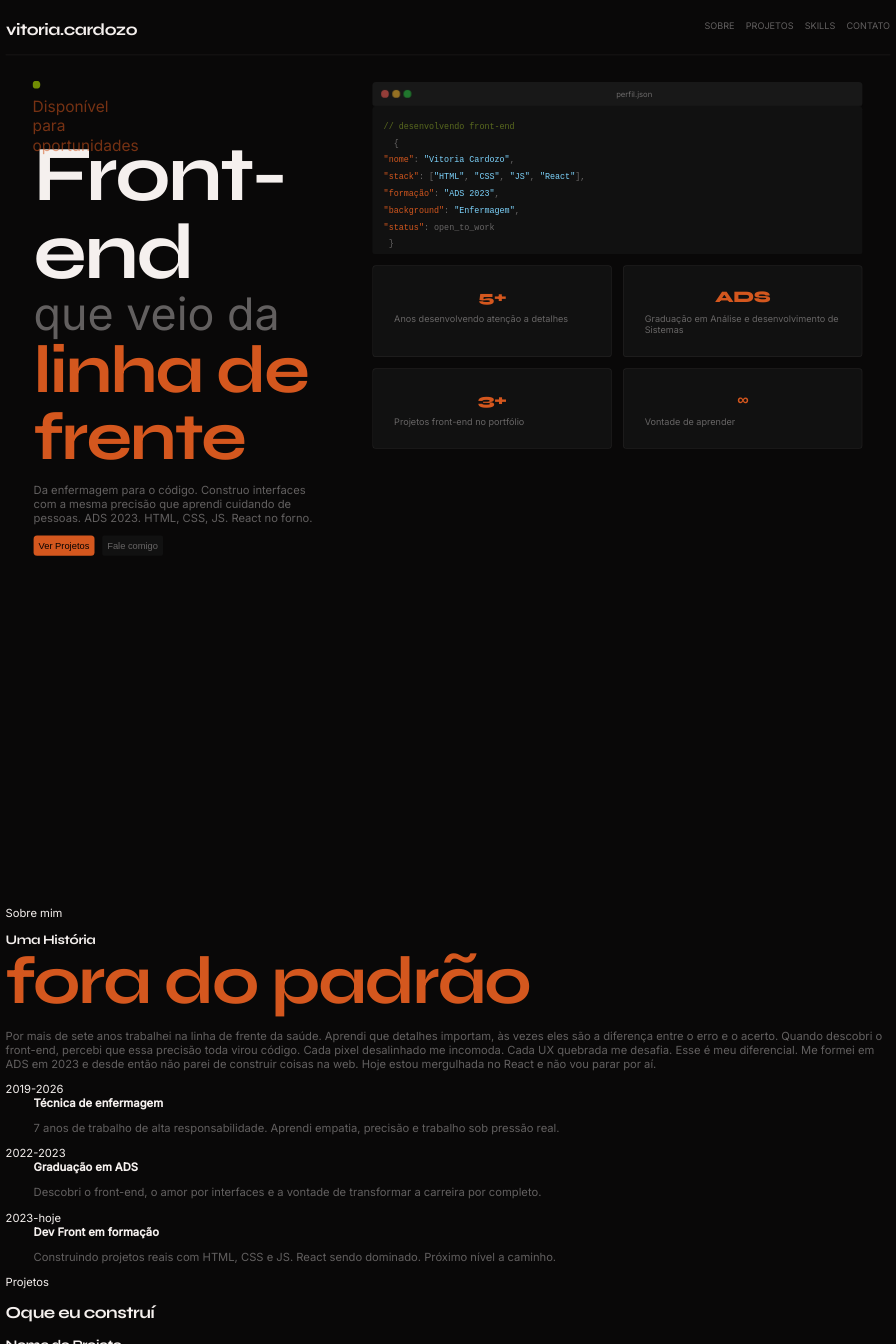
Repository: Bitroia/Portifolio
Page: index.html
The author's editor kept a copy of each file at every save. The page is drawn from the files as they stood at one save, then again after the next save.
The browser window is 1280 px wide. The pictures show the part of the page from y = 0 to 1920 px (the page is 3078 px tall before and 3082 px after), at 70% of full size.
Some web fonts or font styles are not loaded; a fallback is used.

Above is the page before, as saved 2026-04-29 19:40:15.

After the next save:
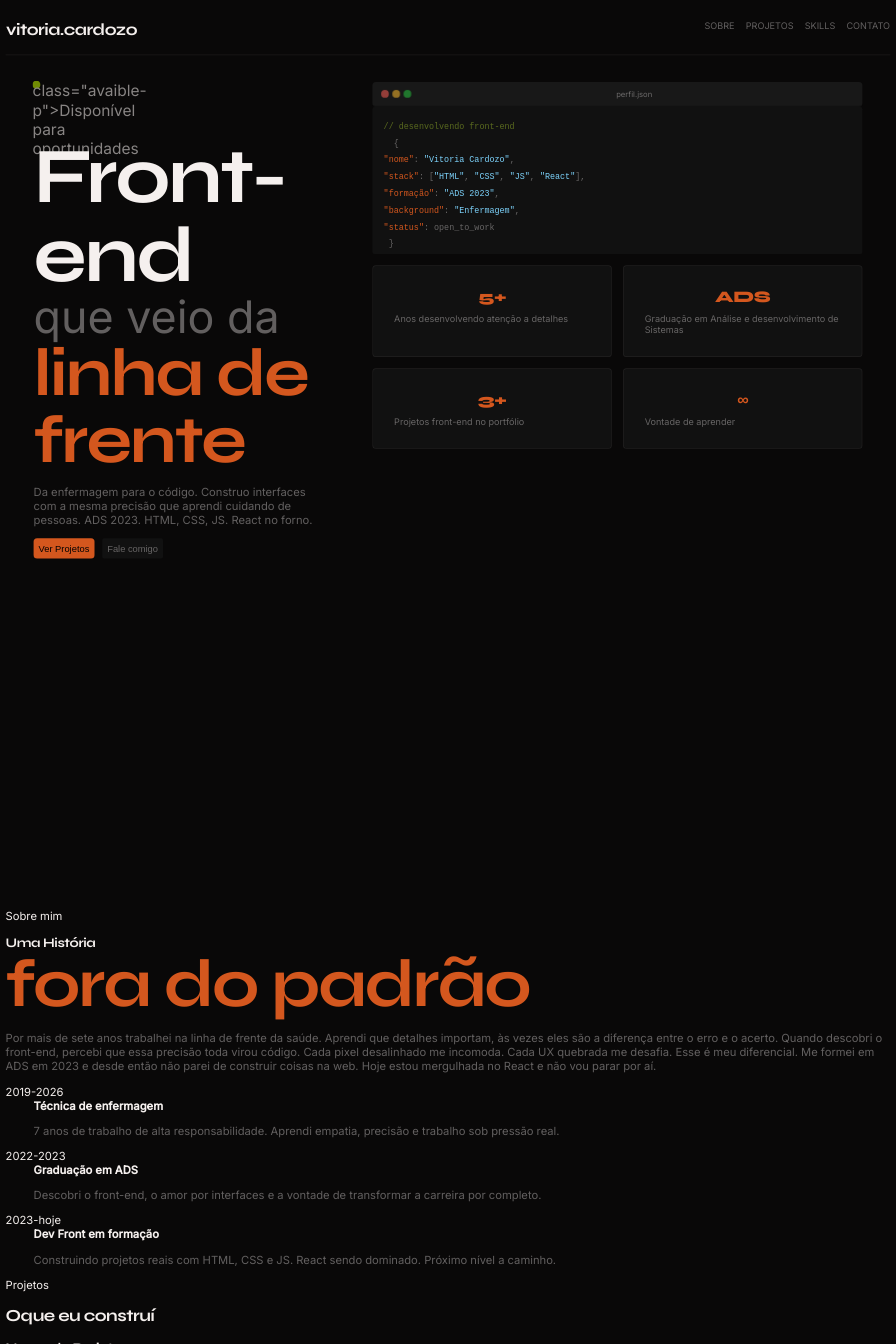
Saved 13 s later.
--- a/index.html
+++ b/index.html
@@ -31,7 +31,7 @@
       <section id="sections-container">
         <section id="introduction-section">
           <span class="dot">
-            <p class="avaible-p">Disponível para oportunidades</p>
+             class="avaible-p">Disponível para oportunidades
           </span>
           <span class="line-1">Front-end</span>
           <span class="line-2">que veio da</span>
